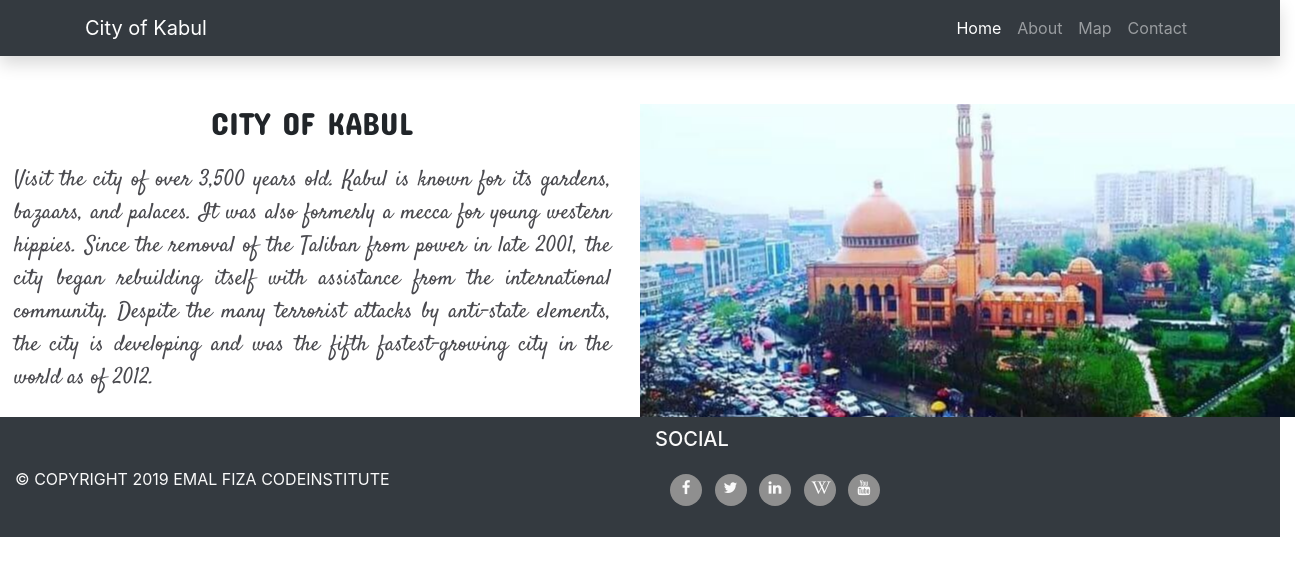
Repository: emalfiza/project-kabul
Page: about.html
The author's editor kept a record of every edit. The page is drawn from the files as they stood at one moment, then again after the next edit.
The browser window is 1280 px wide. The page is 1295 px wide, so the pictures cover 1295 px, including what lies to the right of the window. The pictures show the whole page.

Above is the page before.

### about.html
<!DOCTYPE html>
<html lang="en">

<head>
  <meta charset="UTF-8">
  <meta name="viewport" content="width=device-width, initial-scale=1.0">
  <meta http-equiv="X-UA-Compatible" content="ie=edge">
  <link rel="stylesheet" href="https://stackpath.bootstrapcdn.com/bootstrap/4.3.1/css/bootstrap.min.css" type="text/css" />
  <link rel="stylesheet" href="https://stackpath.bootstrapcdn.com/font-awesome/4.7.0/css/font-awesome.min.css" type="text/css" />
  <link rel="stylesheet" href="assets/css/style.css" type="text/css" />
  <title>City of Kabul</title>
</head>

<body>
  <header>

    <!------------------------------------------- Navigation -->

    <nav class="navbar navbar-expand-lg navbar-dark bg-dark static-top mb-5 shadow">
      <div class="container">
        <a class="navbar-brand" href="#">City of Kabul</a>
        <button class="navbar-toggler" type="button" data-toggle="collapse" data-target="#navbarResponsive" aria-controls="navbarResponsive" aria-expanded="false" aria-label="Toggle navigation">
          <span class="navbar-toggler-icon"></span>
        </button>
        <div class="collapse navbar-collapse" id="navbarResponsive">
          <ul class="navbar-nav ml-auto">
            <li class="nav-item active">
              <a class="nav-link" href="#">Home
                <span class="sr-only">(current)</span>
              </a>
            </li>
            <li class="nav-item">
              <a class="nav-link" href="#">About</a>
            </li>
            <li class="nav-item">
              <a class="nav-link" href="#">Map</a>
            </li>
            <li class="nav-item">
              <a class="nav-link" href="#">Contact</a>
            </li>
          </ul>
        </div>
      </div>
    </nav>

  </header>

  <!------------------------------------------ Page Content -->

  <section class="conrainer-fluid">
    <div class="row">
      <div class="col-md-6">
        <h2 class="section-heading uppercase">City of Kabul</h2>
        <p class="section-paragraph">
          Visit the city of over 3,500 years old. Kabul is known for its gardens, bazaars, and palaces. It was also formerly a mecca for young western hippies. Since the removal of the Taliban from power in late 2001, the city began rebuilding itself with assistance
          from the international community. Despite the many terrorist attacks by anti-state elements, the city is developing and was the fifth fastest-growing city in the world as of 2012.
        </p>
      </div>
      <div class="col-md-6 image-kb">
      </div>
    </div>
  </section>
  <section>

  </section>
  <section>

  </section>

  <!------------------------------------------------ Footer -->

  <footer class="container-fluid">
    <div class="row">
      <div class="col-sm-6">
        <p class="uppercase general-sub special">&copy; Copyright 2019 Emal Fiza CodeInstitute</p>
      </div>
      <div class="col-sm-6">
        <h5 class="uppercase general-sub">Social</h5>
        <ul class="list-inline social-links">
          <li class="list-inline-item">
            <a target="_blank" href="#">
              <i class="fa fa-facebook" aria-hidden="true"></i>
              <span class="sr-only">Facebook</span>
            </a>
          </li>
          <li class="list-inline-item">
            <a target="_blank" href="#">
              <i class="fa fa-twitter" aria-hidden="true"></i>
              <span class="sr-only">Twitter</span>
            </a>
          </li>
          <li class="list-inline-item">
            <a target="_blank" href="#">
              <i class="fa fa-linkedin" aria-hidden="true"></i>
              <span class="sr-only">LinkedIn</span>
            </a>
          </li>
          <li class="list-inline-item">
            <a target="_blank" href="#">
              <i class="fa fa-wikipedia-w" aria-hidden="true"></i>
              <span class="sr-only">Wikipedia</span>
            </a>
          </li>
          <li class="list-inline-item">
            <a target="_blank" href="#">
              <i class="fa fa-youtube" aria-hidden="true"></i>
              <span class="sr-only">YouTube</span>
            </a>
          </li>
        </ul>
      </div>
    </div>

  </footer>
</body>

</html>

### assets/css/style.css
@import url('https://fonts.googleapis.com/css?family=Concert+One|Satisfy&display=swap:100,200,300,400,500,600,700,800|satisfy:100,200,300,400,500,600,700,800');

/* -----------------------------------------------------Navbar --*/

.navbar-brand {
  color: #fafafa;
}

/* -- The bellow body css imported from the startbootstrap.com --*/

.image {
  background: url("../images/kabul.jpg") no-repeat center center fixed;
  background-size: cover;
  -webkit-background-size: cover;
  -moz-background-size: cover;
  -o-background-size: cover;
}

.image-kb {
  background: url("../images/city-kabul.jpeg") no-repeat center;
  background-size: initial;
  max-width: 100%;
  height: auto;
}

.image-kb-culture {
  background: url("../images/kabul-culture.jpg") no-repeat center;
  background-size: initial;
  max-width: 100%;
  height: auto;
}

/* -----------------------------------------------------Heading --*/

.title {
  font-family: "Concert One", sans-serif;
  font-weight: bolder;
  text-align: center;
  letter-spacing: 2px;
  text-transform: uppercase;
  font-size: 60px;
  color: #fafafa;
  margin-bottom: 10px;
}

hr {
  width: 20%;
  display: block;
  margin-top: 0.5em;
  margin-bottom: 0.5em;
  margin-left: auto;
  margin-right: auto;
  border-style: double;
  border-width: 1px;
  border-radius: 2px;
  height: 2px;
  color: #fafafa;
  background-color: #fafafa;
}

.card {
  background-color: rgba(0, 0, 0, 0.3);
}

.context {
  margin-top: 14%;
}

.primary,
.lead {
  font-family: "satisfy", sans-serif;
  font-size: 22px;
  color: #fafafa;
  text-align: center;
  margin-top: 32px;
}

.lead {
  margin-top: 20px;
}

.section-heading {
  font-family: "Concert One", sans-serif;
  text-align: center;
}

/* -----------------------------------------------------Main content --*/

.section-paragraph {
  font-family: "Satisfy", sans-serif;
  margin: 22px 14px 22px 14px;
  text-align: justify;
  font-weight: 400;
  font-size: 22px;
  color: #4a4a4f;
}

/* -----------------------------------------------------Footer --*/

footer {
  background-color: #343a40!important;
  color: #fafafa;
  min-height: 100px;
}

.uppercase {
  text-transform: uppercase;
}

/* --The font-family for the general-sub I copied from the bootsratp navbar "DevTool" of my home page
because I wanted my footer font family to match my navbar--*/

.general-sub {
  font-family: -apple-system, BlinkMacSystemFont, "Segoe UI", Roboto, "Helvetica Neue",
  Arial, "Noto Sans", sans-serif, "Apple Color Emoji", "Segoe UI Emoji", "Segoe UI Symbol", "Noto Color Emoji";
  margin-top: 10px;
}

.special {
  margin-left: 0px;
  margin-top: 50px;
}

.social-links {
  padding: 15px;
}

.social-links li a i {
  position: relative;
  width: 32px;
  height: 32px;
  padding: 8px;
  border-radius: 50%;
  font-size: 15px;
  line-height: 12px;
  text-align: center;
  color: #fafafa;
  background-color: #8f8f8f;
  transition: all 0.40s ease-in-out;
  -moz-transition: all 0.40s ease-in-out;
  -webkit-transition: all 0.40s ease-in-out;
  -o-transition: all 0.40s ease-in-out;
}

.social-links li a i:hover {
  background-color: #252525;
}

After the next edit:
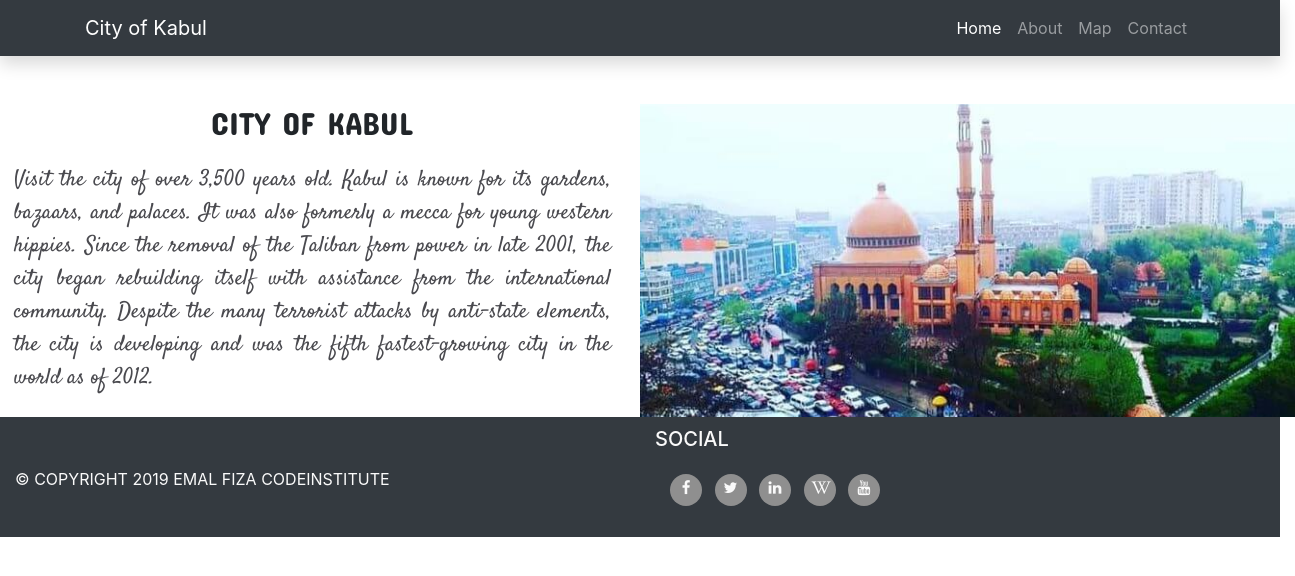
The edit:
--- a/assets/css/style.css
+++ b/assets/css/style.css
@@ -18,7 +18,7 @@
 
 .image-kb {
   background: url("../images/city-kabul.jpeg") no-repeat center;
-  background-size: initial;
+  background-size: cover;
   max-width: 100%;
   height: auto;
 }
